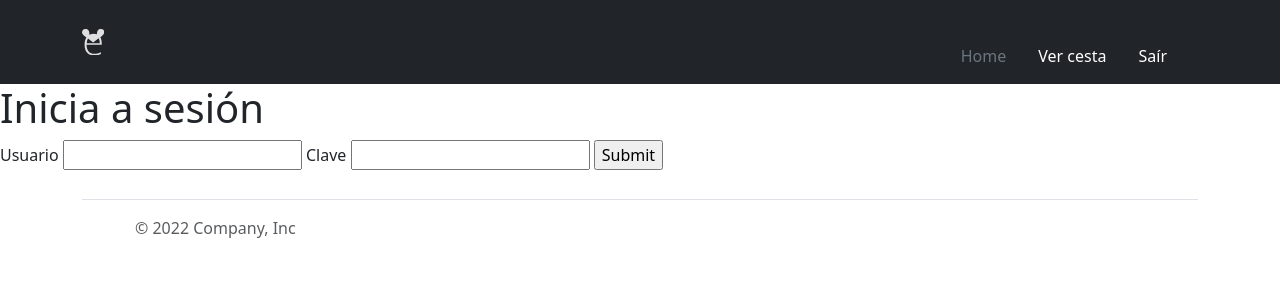
Repository: RaquelAlvarezz/pedidos
Page: http://localhost/login.php
These files come from the project's save history. The page is drawn as it stood at one moment and after the next save; the edit follows.
The browser window is 1280 px wide. The pictures show the whole page.
Some web libraries are served in a nearby version. The page is run by PHP 8.4 with error messages shown; the project is at /var/www/html/.

Above is the page before, as saved 2022-02-17 08:22:11.

After the next save:
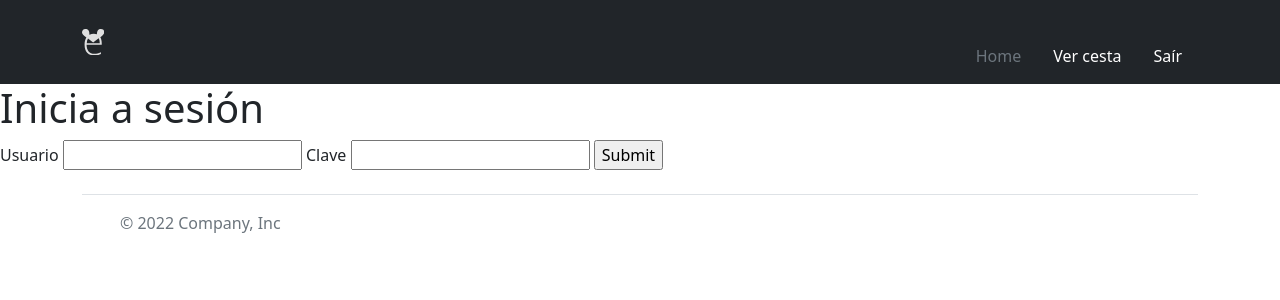
Saved 1 s later.
--- a/login.php
+++ b/login.php
@@ -24,8 +24,7 @@ if($usu===FALSE){
 <head>
     <meta charset="UTF-8">
     <meta name="viewport" content="width=device-width, initial-scale=1.0">
-    <link rel="stylesheet" href="https://stackpath.bootstrapcdn.com/bootstrap/4.3.1/css/bootstrap.min.css" integrity="sha384-ggOyR0iXCbMQv3Xipma34MD+dH/1fQ784/j6cY/iJTQUOhcWr7x9JvoRxT2MZw1T" crossorigin="anonymous">
-    <link rel="stylesheet" href="./node_modules/bootstrap/dist/css/bootstrap.min.css">
+    <link href="https://cdn.jsdelivr.net/npm/bootstrap@5.1.3/dist/css/bootstrap.min.css" rel="stylesheet" integrity="sha384-1BmE4kWBq78iYhFldvKuhfTAU6auU8tT94WrHftjDbrCEXSU1oBoqyl2QvZ6jIW3" crossorigin="anonymous">
     <script src="src/components/header.js"></script>
     <script src="src/components/footer.js"></script>
     <title>Formulario de login</title>
